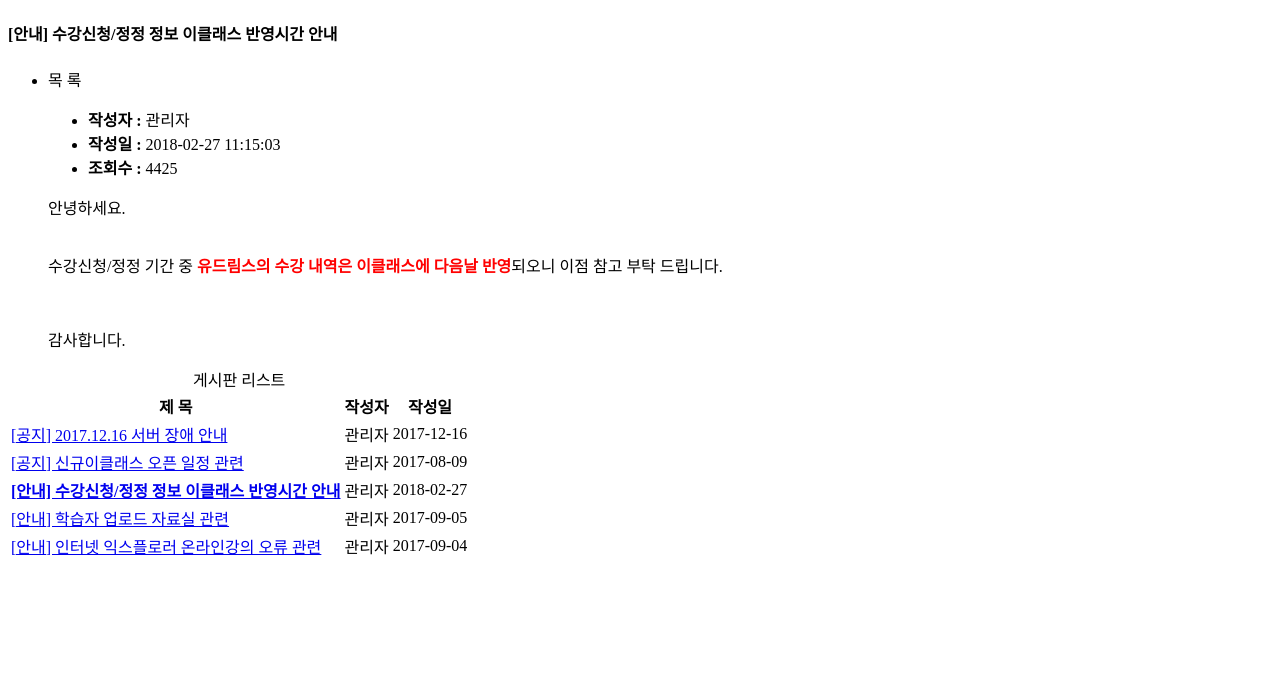
Repository: CSID-DGU/2019-1-CECD3-FFChain-2
Page: http://localhost/icip.app/WEB-INF/jsp/icip/notice/noticeView.jsp
An editor plug-in stored every save of this project. The page is shown before and after the next save, followed by the edit.
The browser window is 1280 px wide. The pictures show the whole page.
The page is served by Tomcat 9. Nobody is signed in. The template is opened directly, without the code that normally fills it, so the values that code supplies are empty.

Above is the page before, as saved 2019-08-19 10:35:00.

After the next save:
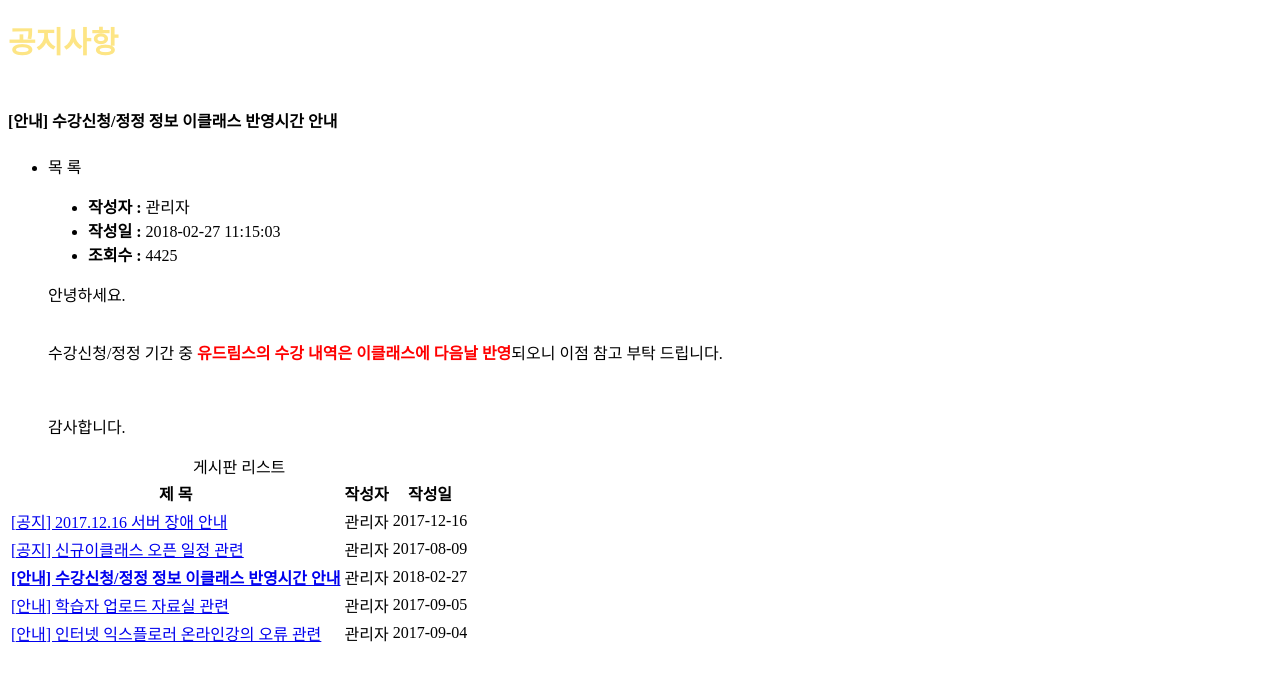
Saved 17 s later.
--- a/icip.app/src/main/webapp/WEB-INF/jsp/icip/notice/noticeView.jsp
+++ b/icip.app/src/main/webapp/WEB-INF/jsp/icip/notice/noticeView.jsp
@@ -10,6 +10,9 @@
 </head>
 
 <body>
+<div style = "padding-top: 10px; font-size:30px; padding-bottom:25px; color : #fde585; font-weight:bold " >
+공지사항
+</div>
 <div id="listBox">
 
 				<div class="listContent">
